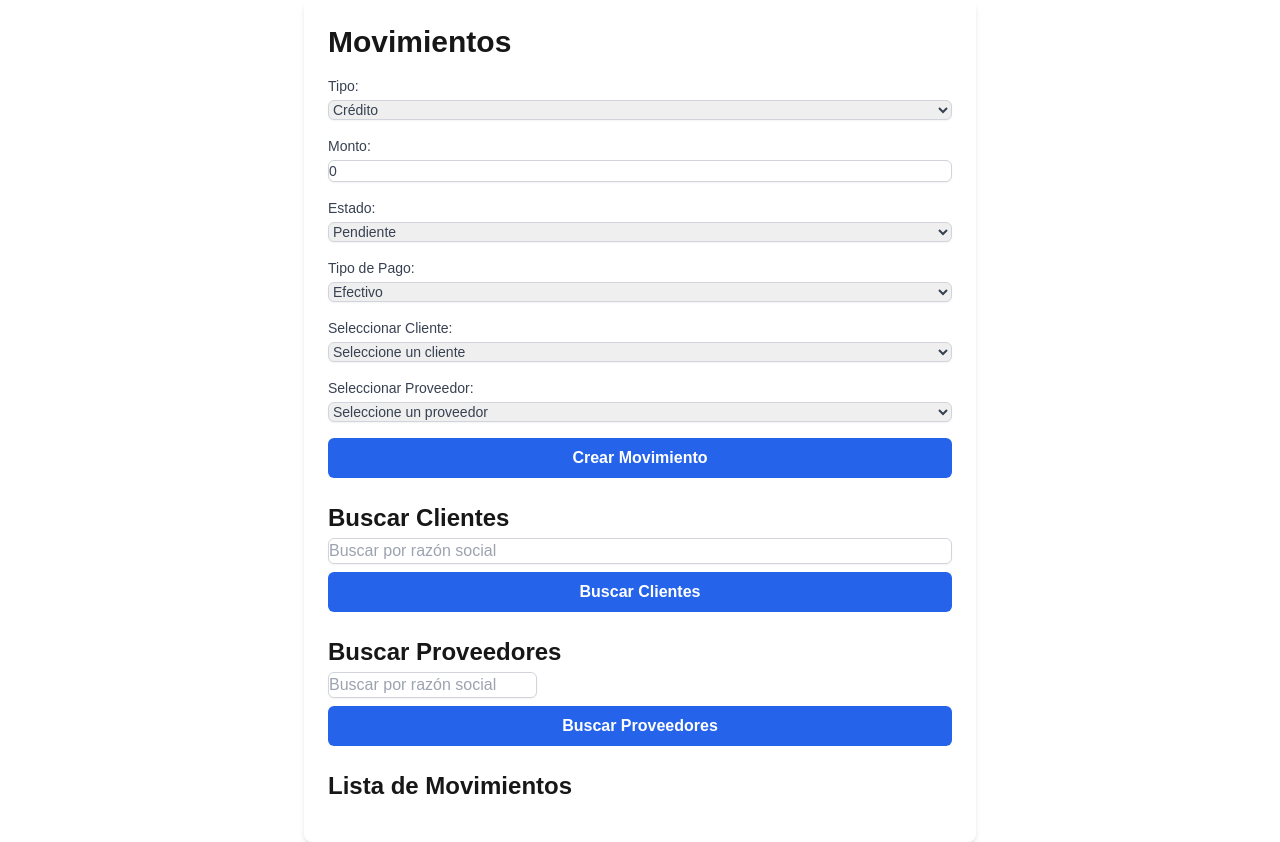
Repository: manucavallera/Sistema-Gestion
Page: /movimientos
The author's editor kept a copy of each file at every save. The page is drawn from the files as they stood at one save, then again after the next save.
The browser window is 1280 px wide. The pictures show the whole page.
The page's requests for data from a server got no answer. The project was rebuilt for these pictures with package versions that can differ from the ones it lists, and the page was loaded fresh each time. The framework's server and built-in components were replaced by stand-ins that run in the browser. No one was signed in, and anything a server would have sent is missing. Also part of the build but not shown: next.config.mjs.

Above is the page before, as saved 2024-11-20 20:57:13.

### src/app/movimientos/page.tsx
"use client";
import { useEffect, useState } from "react";

interface Movimiento {
  id: number;
  tipo: string; // "CREDITO" o "DEBITO"
  monto: number;
  estado: string; // "PENDIENTE", "COMPLETADO", "CANCELADO"
  tipoPago: string; // "EFECTIVO", "TARJETA", etc.
  clienteId: number | null;
  proveedorId: number | null;
}

interface Cliente {
  id: number;
  razonSocial: string;
}

interface Proveedor {
  id: number;
  razonSocial: string;
}

const MovimientosPage = () => {
  const [movimientos, setMovimientos] = useState<Movimiento[]>([]);
  const [clientes, setClientes] = useState<Cliente[]>([]);
  const [proveedores, setProveedores] = useState<Proveedor[]>([]);
  const [tipo, setTipo] = useState<string>("CREDITO");
  const [monto, setMonto] = useState<number>(0);
  const [estado, setEstado] = useState<string>("PENDIENTE");
  const [tipoPago, setTipoPago] = useState<string>("EFECTIVO");
  const [clienteId, setClienteId] = useState<number | null>(null);
  const [proveedorId, setProveedorId] = useState<number | null>(null);
  const [searchCliente, setSearchCliente] = useState<string>("");
  const [searchProveedor, setSearchProveedor] = useState<string>("");

  // Funciones para obtener datos
  const fetchMovimientos = async () => {
    const response = await fetch("/api/movimientos");
    const data = await response.json();
    setMovimientos(data);
  };

  const fetchClientes = async () => {
    const response = await fetch(`/api/clientes?razonSocial=${searchCliente}`);
    const data = await response.json();
    setClientes(data);
  };

  const fetchProveedores = async () => {
    const response = await fetch(
      `/api/proveedores?razonSocial=${searchProveedor}`
    );
    const data = await response.json();
    setProveedores(data);
  };

  useEffect(() => {
    fetchMovimientos();
  }, []);

  const handleCreateMovimiento = async (e: React.FormEvent) => {
    e.preventDefault();
    const response = await fetch("/api/movimientos", {
      method: "POST",
      headers: {
        "Content-Type": "application/json",
      },
      body: JSON.stringify({
        tipo,
        monto,
        estado,
        tipoPago,
        clienteId,
        proveedorId,
      }),
    });

    if (response.ok) {
      setTipo("CREDITO");
      setMonto(0);
      setEstado("PENDIENTE");
      setTipoPago("EFECTIVO");
      setClienteId(null);
      setProveedorId(null);
      fetchMovimientos();
    } else {
      const errorData = await response.json();
      console.error("Error al crear movimiento:", errorData.error);
    }
  };

  return (
    <div className='max-w-2xl mx-auto p-6 bg-white rounded-lg shadow-md'>
      <h1 className='text-3xl font-bold mb-4'>Movimientos</h1>
      <form onSubmit={handleCreateMovimiento} className='space-y-4'>
        <div>
          <label className='block text-sm font-medium text-gray-700'>
            Tipo:
            <select
              value={tipo}
              onChange={(e) => setTipo(e.target.value)}
              className='mt-1 block w-full border border-gray-300 rounded-md shadow-sm focus:ring-blue-500 focus:border-blue-500'
            >
              <option value='CREDITO'>Crédito</option>
              <option value='DEBITO'>Débito</option>
            </select>
          </label>
        </div>
        <div>
          <label className='block text-sm font-medium text-gray-700'>
            Monto:
            <input
              type='number'
              value={monto}
              onChange={(e) => setMonto(Number(e.target.value))}
              required
              className='mt-1 block w-full border border-gray-300 rounded-md shadow-sm focus:ring-blue-500 focus:border-blue-500'
            />
          </label>
        </div>
        <div>
          <label className='block text-sm font-medium text-gray-700'>
            Estado:
            <select
              value={estado}
              onChange={(e) => setEstado(e.target.value)}
              className='mt-1 block w-full border border-gray-300 rounded-md shadow-sm focus:ring-blue-500 focus:border-blue-500'
            >
              <option value='PENDIENTE'>Pendiente</option>
              <option value='COMPLETADO'>Completado</option>
              <option value='CANCELADO'>Cancelado</option>
            </select>
          </label>
        </div>
        <div>
          <label className='block text-sm font-medium text-gray-700'>
            Tipo de Pago:
            <select
              value={tipoPago}
              onChange={(e) => setTipoPago(e.target.value)}
              className='mt-1 block w-full border border-gray-300 rounded-md shadow-sm focus:ring-blue-500 focus:border-blue-500'
            >
              <option value='EFECTIVO'>Efectivo</option>
              <option value='TARJETA'>Tarjeta</option>
              <option value='TRANSFERENCIA'>Transferencia</option>
              <option value='CHEQUE'>Cheque</option>
            </select>
          </label>
        </div>
        <div>
          <label className='block text-sm font-medium text-gray-700'>
            Seleccionar Cliente:
            <select
              value={clienteId || ""}
              onChange={(e) =>
                setClienteId(e.target.value ? Number(e.target.value) : null)
              }
              className='mt-1 block w-full border border-gray-300 rounded-md shadow-sm focus:ring-blue-500 focus:border-blue-500'
            >
              <option value=''>Seleccione un cliente</option>
              {clientes.map((cliente) => (
                <option key={cliente.id} value={cliente.id}>
                  {cliente.razonSocial}
                </option>
              ))}
            </select>
          </label>
        </div>
        <div>
          <label className='block text-sm font-medium text-gray-700'>
            Seleccionar Proveedor:
            <select
              value={proveedorId || ""}
              onChange={(e) =>
                setProveedorId(e.target.value ? Number(e.target.value) : null)
              }
              className='mt-1 block w-full border border-gray-300 rounded-md shadow-sm focus:ring-blue-500 focus:border-blue-500'
            >
              <option value=''>Seleccione un proveedor</option>
              {proveedores.map((proveedor) => (
                <option key={proveedor.id} value={proveedor.id}>
                  {proveedor.razonSocial}
                </option>
              ))}
            </select>
          </label>
        </div>
        <button
          type='submit'
          className='w-full py-2 px-4 bg-blue-600 text-white font-semibold rounded-md hover:bg-blue-700 transition duration-200'
        >
          Crear Movimiento
        </button>
      </form>
      <div className='mt-6'>
        <h2 className='text-2xl font-bold'>Buscar Clientes</h2>
        <input
          type='text'
          value={searchCliente}
          onChange={(e) => setSearchCliente(e.target.value)}
          placeholder='Buscar por razón social'
          className='mt-1 block w-full border border-gray-300 rounded-md shadow-sm focus:ring-blue-500 focus:border-blue-500'
        />
        <button
          onClick={fetchClientes}
          className='mt-2 w-full py-2 px-4 bg-blue-600 text-white font-semibold rounded-md hover:bg-blue-700 transition duration-200'
        >
          Buscar Clientes
        </button>
        <ul className='mt-4 space-y-2'>
          {clientes.map((cliente) => (
            <li
              key={cliente.id}
              className='p-2 border border-gray-200 rounded-md'
            >
              {cliente.razonSocial}
            </li>
          ))}
        </ul>
      </div>
      <div className='mt-6'>
        <h2 className='text-2xl font-bold'>Buscar Proveedores</h2>
        <input
          type='text'
          value={searchProveedor}
          onChange={(e) => setSearchProveedor(e.target.value)}
          placeholder='Buscar por razón social'
          className='mt-1 block w -full border border-gray-300 rounded-md shadow-sm focus:ring-blue-500 focus:border-blue-500'
        />
        <button
          onClick={fetchProveedores}
          className='mt-2 w-full py-2 px-4 bg-blue-600 text-white font-semibold rounded-md hover:bg-blue-700 transition duration-200'
        >
          Buscar Proveedores
        </button>
        <ul className='mt-4 space-y-2'>
          {proveedores.map((proveedor) => (
            <li
              key={proveedor.id}
              className='p-2 border border-gray-200 rounded-md'
            >
              {proveedor.razonSocial}
            </li>
          ))}
        </ul>
      </div>
      <h2 className='text-2xl font-bold mt-6'>Lista de Movimientos</h2>
      <ul className='mt-4 space-y-2'>
        {movimientos.map((movimiento) => (
          <li
            key={movimiento.id}
            className='p-4 border border-gray-200 rounded-md shadow-sm'
          >
            {movimiento.tipo} - ${movimiento.monto} - {movimiento.estado} -{" "}
            {movimiento.tipoPago}
          </li>
        ))}
      </ul>
    </div>
  );
};

export default MovimientosPage;

Loaded but not shown: src/app/layout.tsx (common file); src/app/globals.css (common file); tailwind.config.ts (common file)

After the next save:
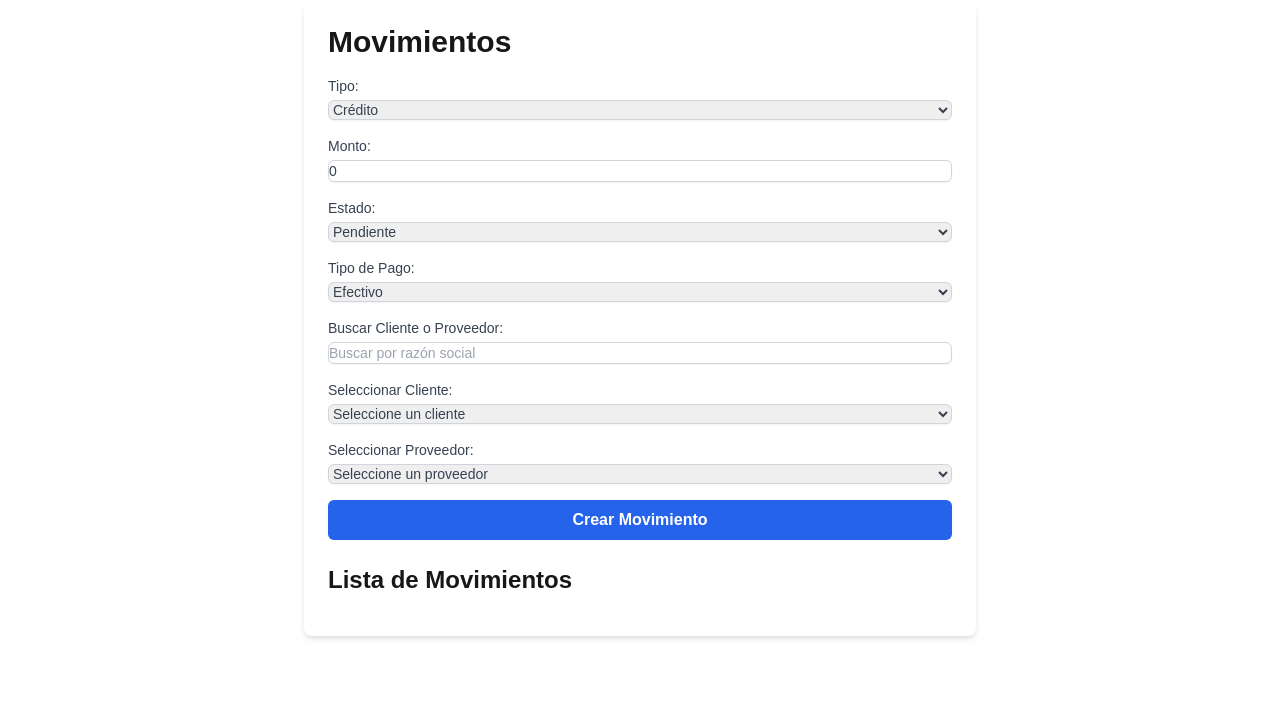
Saved 2 min 4 s later.
--- a/src/app/movimientos/page.tsx
+++ b/src/app/movimientos/page.tsx
@@ -31,8 +31,7 @@ const MovimientosPage = () => {
   const [tipoPago, setTipoPago] = useState<string>("EFECTIVO");
   const [clienteId, setClienteId] = useState<number | null>(null);
   const [proveedorId, setProveedorId] = useState<number | null>(null);
-  const [searchCliente, setSearchCliente] = useState<string>("");
-  const [searchProveedor, setSearchProveedor] = useState<string>("");
+  const [searchTerm, setSearchTerm] = useState<string>("");
 
   // Funciones para obtener datos
   const fetchMovimientos = async () => {
@@ -41,18 +40,15 @@ const MovimientosPage = () => {
     setMovimientos(data);
   };
 
-  const fetchClientes = async () => {
-    const response = await fetch(`/api/clientes?razonSocial=${searchCliente}`);
-    const data = await response.json();
-    setClientes(data);
-  };
-
-  const fetchProveedores = async () => {
-    const response = await fetch(
-      `/api/proveedores?razonSocial=${searchProveedor}`
-    );
-    const data = await response.json();
-    setProveedores(data);
+  const fetchClientesYProveedores = async () => {
+    const [clientesResponse, proveedoresResponse] = await Promise.all([
+      fetch(`/api/clientes?razonSocial=${searchTerm}`),
+      fetch(`/api/proveedores?razonSocial=${searchTerm}`),
+    ]);
+    const clientesData = await clientesResponse.json();
+    const proveedoresData = await proveedoresResponse.json();
+    setClientes(clientesData);
+    setProveedores(proveedoresData);
   };
 
   useEffect(() => {
@@ -150,6 +146,19 @@ const MovimientosPage = () => {
         </div>
         <div>
           <label className='block text-sm font-medium text-gray-700'>
+            Buscar Cliente o Proveedor:
+            <input
+              type='text'
+              value={searchTerm}
+              onChange={(e) => setSearchTerm(e.target.value)}
+              onBlur={fetchClientesYProveedores}
+              placeholder='Buscar por razón social'
+              className='mt-1 block w-full border border-gray-300 rounded-md shadow-sm focus:ring-blue-500 focus:border-blue-500'
+            />
+          </label>
+        </div>
+        <div>
+          <label className='block text-sm font-medium text-gray-700'>
             Seleccionar Cliente:
             <select
               value={clienteId || ""}
@@ -193,58 +202,6 @@ const MovimientosPage = () => {
           Crear Movimiento
         </button>
       </form>
-      <div className='mt-6'>
-        <h2 className='text-2xl font-bold'>Buscar Clientes</h2>
-        <input
-          type='text'
-          value={searchCliente}
-          onChange={(e) => setSearchCliente(e.target.value)}
-          placeholder='Buscar por razón social'
-          className='mt-1 block w-full border border-gray-300 rounded-md shadow-sm focus:ring-blue-500 focus:border-blue-500'
-        />
-        <button
-          onClick={fetchClientes}
-          className='mt-2 w-full py-2 px-4 bg-blue-600 text-white font-semibold rounded-md hover:bg-blue-700 transition duration-200'
-        >
-          Buscar Clientes
-        </button>
-        <ul className='mt-4 space-y-2'>
-          {clientes.map((cliente) => (
-            <li
-              key={cliente.id}
-              className='p-2 border border-gray-200 rounded-md'
-            >
-              {cliente.razonSocial}
-            </li>
-          ))}
-        </ul>
-      </div>
-      <div className='mt-6'>
-        <h2 className='text-2xl font-bold'>Buscar Proveedores</h2>
-        <input
-          type='text'
-          value={searchProveedor}
-          onChange={(e) => setSearchProveedor(e.target.value)}
-          placeholder='Buscar por razón social'
-          className='mt-1 block w -full border border-gray-300 rounded-md shadow-sm focus:ring-blue-500 focus:border-blue-500'
-        />
-        <button
-          onClick={fetchProveedores}
-          className='mt-2 w-full py-2 px-4 bg-blue-600 text-white font-semibold rounded-md hover:bg-blue-700 transition duration-200'
-        >
-          Buscar Proveedores
-        </button>
-        <ul className='mt-4 space-y-2'>
-          {proveedores.map((proveedor) => (
-            <li
-              key={proveedor.id}
-              className='p-2 border border-gray-200 rounded-md'
-            >
-              {proveedor.razonSocial}
-            </li>
-          ))}
-        </ul>
-      </div>
       <h2 className='text-2xl font-bold mt-6'>Lista de Movimientos</h2>
       <ul className='mt-4 space-y-2'>
         {movimientos.map((movimiento) => (
